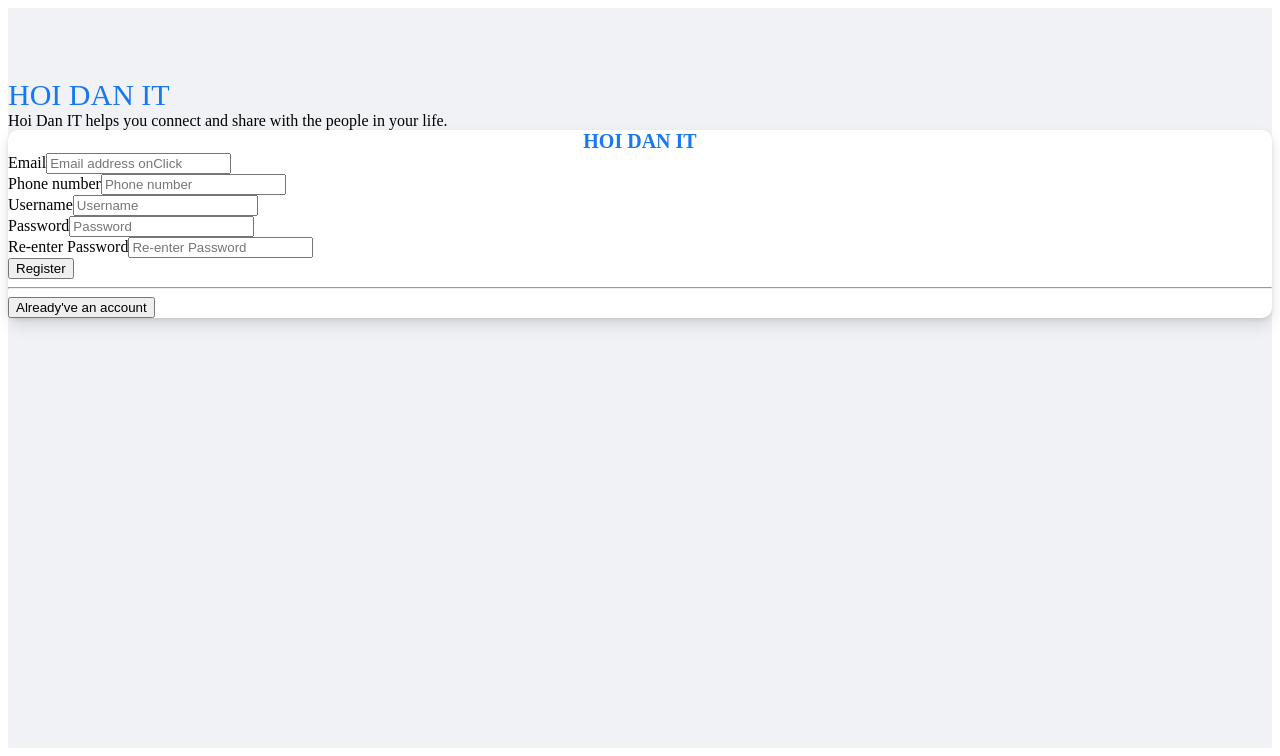
Repository: minhtien9/jwt_Reactjs_Frontend
Page: /register
The author's editor kept a copy of each file at every save. The page is drawn from the files as they stood at one save, then again after the next save.
The browser window is 1280 px wide. The pictures show the whole page.
The project was rebuilt for these pictures with package versions that can differ from the ones it lists, and the page was loaded fresh each time. Also part of the build but not shown: src/App.scss, src/components/Navigation/Nav.scss, src/components/Navigation/Nav.js, src/components/Login/Login.scss, src/components/Login/Login.js.

Above is the page before, as saved 2022-05-23 11:33:51.

After the next save:
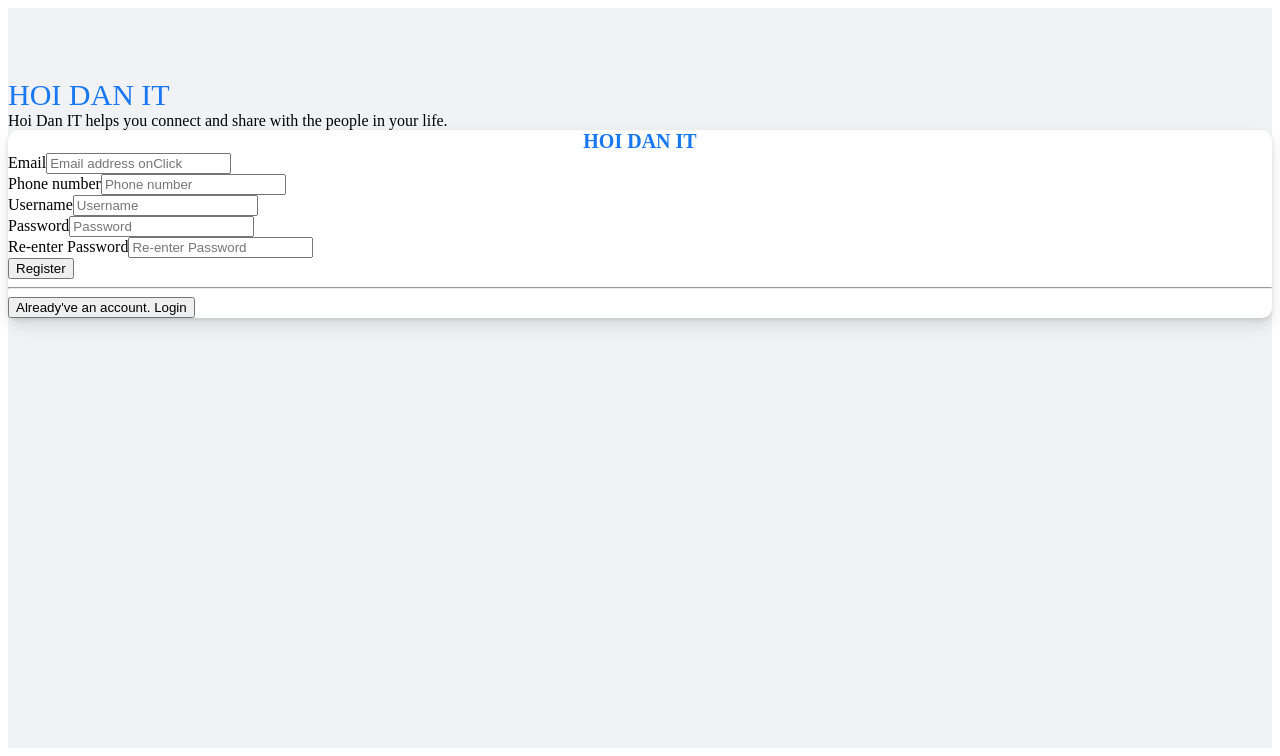
Saved 5 s later.
--- a/src/components/Register/Register.js
+++ b/src/components/Register/Register.js
@@ -72,7 +72,7 @@ const Register = (props) => {
                                 className='btn btn-success'
                                 onClick={() => handleRegister()}
                             >
-                                Already've an account
+                                Already've an account. Login
                             </button>
                         </div>
                     </div>
